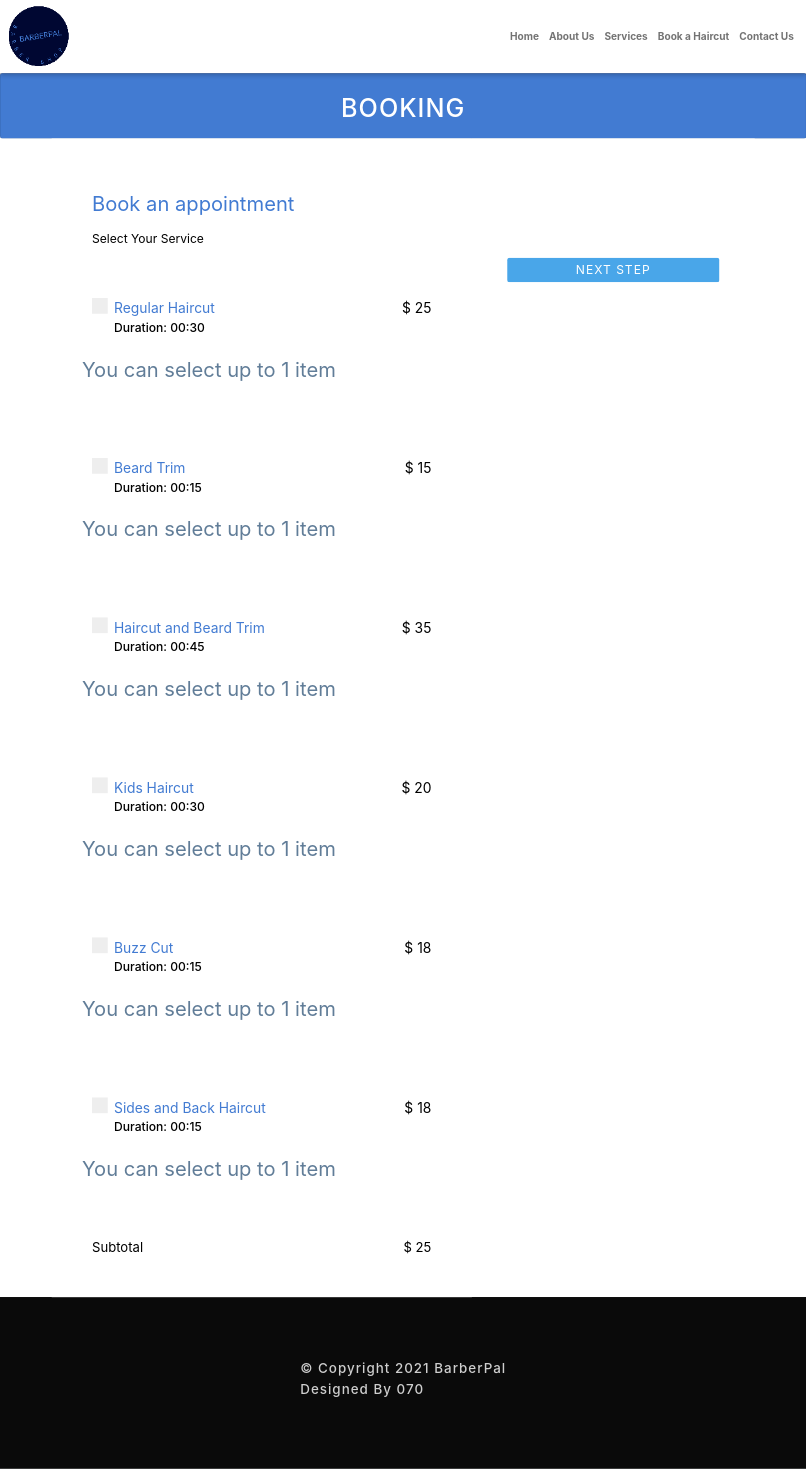
Repository: ofovweewere/haircutPal
Page: /services
The author's editor kept a copy of each file at every save. The page is drawn from the files as they stood at one save, then again after the next save.
The browser window is 1280 px wide. The pictures show the whole page, at 63% of full size.
The project was rebuilt for these pictures with package versions that can differ from the ones it lists, and the page was loaded fresh each time. Also part of the build but not shown: src/tutorial/0-Practice/bookCut.js, src/tutorial/0-Practice/about.js, src/tutorial/0-Practice/servicesAndProducts.js, src/tutorial/0-Practice/contact.js, src/tutorial/0-Practice/landing.js, src/tutorial/0-Practice/checkboxOptionTwo.js, src/tutorial/0-Practice/error.js.

Above is the page before, as saved 2022-06-25 13:54:29.

### public/index.html
<!DOCTYPE html>
<html lang="en">
  <head>
    <meta charset="utf-8" />
    <link rel="icon" href="%PUBLIC_URL%/favicon.ico" />
    <meta name="viewport" content="width=device-width, initial-scale=1" />
    <meta name="theme-color" content="#000000" />
    <meta
      name="description"
      content="Web site created using create-react-app"
    />
    <link rel="apple-touch-icon" href="%PUBLIC_URL%/logo192.png" />
    <!--
      manifest.json provides metadata used when your web app is installed on a
      user's mobile device or desktop. See https://developers.google.com/web/fundamentals/web-app-manifest/
    -->
    <link rel="manifest" href="%PUBLIC_URL%/manifest.json" />
    <!--
      Notice the use of %PUBLIC_URL% in the tags above.
      It will be replaced with the URL of the `public` folder during the build.
      Only files inside the `public` folder can be referenced from the HTML.

      Unlike "/favicon.ico" or "favicon.ico", "%PUBLIC_URL%/favicon.ico" will
      work correctly both with client-side routing and a non-root public URL.
      Learn how to configure a non-root public URL by running `npm run build`.
    -->
    <title>React App</title>
  </head>
  <body class="Site">
    <noscript>You need to enable JavaScript to run this app.</noscript>
    <div id="root"></div>
    <!--
      This HTML file is a template.
      If you open it directly in the browser, you will see an empty page.

      You can add webfonts, meta tags, or analytics to this file.
      The build step will place the bundled scripts into the <body> tag.

      To begin the development, run `npm start` or `yarn start`.
      To create a production bundle, use `npm run build` or `yarn build`.
    -->
  </body>
</html>

### src/index.js
import React from 'react';
import ReactDOM from 'react-dom';

import App from './App';
// import '../node_modules/jquery/dist/jquery.min.js';
import '../node_modules/bootstrap/dist/css/bootstrap.min.css';
import '../node_modules/bootstrap/dist/js/bootstrap.min.js';
import '../node_modules/font-awesome/css/font-awesome.min.css';

import './index.css';
ReactDOM.render(
  <React.StrictMode>
    <App />
  </React.StrictMode>,
  document.getElementById('root')
);

### src/App.js
import React from 'react';
import Setup from './tutorial/0-Practice/index.js';
// import Setup from './tutorial/2-useEffect/final/3-useEffect-fetch-data.js';
function App() {
  return (
    <div >
      <Setup />
    </div>
  );
  }

export default App;

### src/index.css
/*
===============
Variables
===============
*/

:root {
  /* dark shades of primary color*/
  --clr-primary-1: hsl(205, 86%, 17%);
  --clr-primary-2: hsl(205, 77%, 27%);
  --clr-primary-3: hsl(205, 72%, 37%);
  --clr-primary-4: hsl(205, 63%, 48%);
  /* primary/main color */
  --clr-primary-5: hsl(205, 78%, 60%);
  /* lighter shades of primary color */
  --clr-primary-6: hsl(205, 89%, 70%);
  --clr-primary-7: hsl(205, 90%, 76%);
  --clr-primary-8: hsl(205, 86%, 81%);
  --clr-primary-9: hsl(205, 90%, 88%);
  --clr-primary-10: hsl(205, 100%, 96%);
  /* darkest grey - used for headings */
  --clr-grey-1: hsl(209, 61%, 16%);
  --clr-grey-2: hsl(211, 39%, 23%);
  --clr-grey-3: hsl(209, 34%, 30%);
  --clr-grey-4: hsl(209, 28%, 39%);
  /* grey used for paragraphs */
  --clr-grey-5: hsl(210, 22%, 49%);
  --clr-grey-6: hsl(209, 23%, 60%);
  --clr-grey-7: hsl(211, 27%, 70%);
  --clr-grey-8: hsl(210, 31%, 80%);
  --clr-grey-9: hsl(212, 33%, 89%);
  --clr-grey-10: hsl(210, 36%, 96%);
  --clr-white: #fff;
  --clr-red-dark: hsl(360, 67%, 44%);
  --clr-red-light: hsl(360, 71%, 66%);
  --clr-green-dark: hsl(125, 67%, 44%);
  --clr-green-light: hsl(125, 71%, 66%);
  --clr-black: #222;
  --transition: all 0.3s linear;
  --spacing: 0.1rem;
  --radius: 0.25rem;
  --light-shadow: 0 5px 15px rgba(0, 0, 0, 0.1);
  --dark-shadow: 0 5px 15px rgba(0, 0, 0, 0.4);
  --max-width: 1170px;
  --fixed-width: 450px;
  --clr-orange-1: hsl(12, 83%, 98%);
  --clr-orange-2: hsl(14, 91%, 95%);
  --clr-orange-3: hsl(12, 89%, 89%);
  --clr-orange-4: hsl(13, 87%, 82%);
  --clr-orange-5: hsl(13, 88%, 68%);
  --clr-orange-6: hsl(13, 88%, 55%);
  --clr-orange-7: hsl(13, 74%, 49%);
  --clr-orange-8: hsl(13, 74%, 33%);
  --clr-orange-9: hsl(13, 73%, 25%);
  --clr-orange-10: hsl(13, 73%, 16%);
}
/*
===============
Global Styles
===============
*/

*,
::after,
::before {
  margin: 0;
  padding: 0;
  box-sizing: border-box;
}
body {
  font-family: -apple-system, BlinkMacSystemFont, 'Segoe UI', Roboto, Oxygen,
    Ubuntu, Cantarell, 'Open Sans', 'Helvetica Neue', sans-serif;
  background: var(--clr-grey-10);
  color: var(--clr-grey-1);
  line-height: 1.5;
  font-size: 0.875rem;
}
.Site {
  display: flex;
  min-height: 100vh;
  flex-direction: column;
}
.Site-content {
  flex: 1;
}
.bold
{
  font-weight:bold;
}

.nav-link {
color:#427bd2 ;
font-weight: bold;
}
.breakSection
{
  color:#427bd2 ;
font-weight: normal;
width: 100%;
min-height:6.5rem;
background:#0a0a0a;
}


ul {
  list-style-type: none;
}
a {
  text-decoration: none;
}
h1,
h2,
h3,
h4,
.under,
.titleDescription {
  letter-spacing: var(--spacing);
  text-transform: capitalize;
  line-height: 1.25;
  margin-bottom: 0.75rem;
}
h1 {
  font-size: 3rem;
}
h2,.titleDescription {
  font-size: 2rem;
}

.under
{
  margin-top:2rem;
}
.under, .title, .contact {
  font-size: 1.5rem;
}

 .smallText {
    font-size: 1rem;
  }

  .smallTextTwo {
    font-size: 1.1rem;
  }

h3 {
  font-size: 1.25rem;
},
.h3 {
    font-size: 1.0rem;
  },
h4 {
  font-size: 0.875rem;
}
p {
  margin-bottom: 1.25rem;
  color: var(--clr-grey-5);
}



  /* @media screen and (max-width: 767px) {
    #navbarSupportedContent
        {
            position: fixed !important;
            right: 5rem;
            left: 5rem;
            top:7.3rem;
            background-color: #fff !important;
            border-color: #427bd2 transparent transparent transparent;
            border-style:solid;
        }



  }       */

/* The containers */
.containers {
  display: block;
  position: relative;
  padding-left: 2.188rem;
  margin-bottom: 0.75rem;
  cursor: pointer;
  font-size: 1.375rem;
  -webkit-user-select: none;
  -moz-user-select: none;
  -ms-user-select: none;
  user-select: none;
}

/* Hide the browser's default checkbox */
.containers input {
  position: absolute;
  opacity: 0;
  cursor: pointer;
  height: 0;
  width: 0;
}

/* Create a custom checkbox */
.checkmark {
  position: absolute;
  top: 0;
  left: 0;
  height: 1.563rem;
  width: 1.563rem;
  background-color: #eee;
}

/* On mouse-over, add a grey background color */
.containers:hover input ~ .checkmark {
   /* background-color: #ccc; */
}

/* When the checkbox is checked, add a blue background */
.containers input:checked ~ .checkmark {
   background-color: #2196F3;
}

/* Create the checkmark/indicator (hidden when not checked) */
.checkmark:after {
  content: "";
  position: absolute;
  display: none;
  box-sizing: content-box !important;
}

/* Show the checkmark when checked */
.containers input:checked ~ .checkmark:after {
  display: block;
  box-sizing: content-box !important;
}

/* Style the checkmark/indicator */
.containers .checkmark:after {
  left: 0.563rem;
  top:0.313rem;
  width:0.313rem;
  height: 0.625rem;
  border: solid white;
  border-width: 0 0.188rem 0.188rem 0;
  -webkit-transform: rotate(45deg);
  -ms-transform: rotate(45deg);
  transform: rotate(45deg);
  box-sizing: content-box !important;
}

.hovering div:hover
{
  background:#f3f8fc;
}


/**************************/

/* The containersTwo */
.containersTwo {
  display: block;
  position: relative;
  padding-left: 2.188rem;
  margin-bottom: 0.75rem;
  cursor: pointer;
  font-size: 1.375rem;
  -webkit-user-select: none;
  -moz-user-select: none;
  -ms-user-select: none;
  user-select: none;
}

/* Hide the browser's default checkbox */
.containersTwo input {
  position: absolute;
  opacity: 0;
  cursor: pointer;
  height: 0;
  width: 0;
}

/* Create a custom checkbox */
.checkmarks {
  position: absolute;
  top: 0;
  right: 0;
  height: 1.563rem;
  width: 1.563rem;
  background-color: #eee;
}

/* On mouse-over, add a grey background color */
.containersTwo:hover input ~ .checkmarks {
   /* background-color: #ccc; */
}

/* When the checkbox is checked, add a blue background */
.containersTwo input:checked ~ .checkmarks {
   background-color: #2196F3;
}

/* Create the checkmarks/indicator (hidden when not checked) */
.checkmarks:after {
  content: "";
  position: absolute;
  display: none;
  box-sizing: content-box !important;
}

/* Show the checkmarks when checked */
.containersTwo input:checked ~ .checkmarks:after {
  display: block;
  box-sizing: content-box !important;
}

/* Style the checkmarks/indicator */
.containersTwo .checkmarks:after {
  left: 0.563rem;
  top:0.313rem;
  width:0.313rem;
  height: 0.625rem;
  border: solid white;
  border-width: 0 0.188rem 0.188rem 0;
  -webkit-transform: rotate(45deg);
  -ms-transform: rotate(45deg);
  transform: rotate(45deg);
  box-sizing: content-box !important;
}/* The containersTwo */
.containersTwo {
  display: block;
  position: relative;
  padding-left: 2.188rem;
  margin-bottom: 0.75rem;
  cursor: pointer;
  font-size: 1.375rem;
  -webkit-user-select: none;
  -moz-user-select: none;
  -ms-user-select: none;
  user-select: none;
}

/* Hide the browser's default checkbox */
.containersTwo input {
  position: absolute;
  opacity: 0;
  cursor: pointer;
  height: 0;
  width: 0;
}

/* Create a custom checkbox */
.checkmarks {
  position: absolute;
  top: 0;
  right: 0;
  height: 1.563rem;
  width: 1.563rem;
  background-color: #eee;
}

/* On mouse-over, add a grey background color */
.containersTwo:hover input ~ .checkmarks {
   /* background-color: #ccc; */
}

/* When the checkbox is checked, add a blue background */
.containersTwo input:checked ~ .checkmarks {
   background-color: #2196F3;
}

/* Create the checkmarks/indicator (hidden when not checked) */
.checkmarks:after {
  content: "";
  position: absolute;
  display: none;
  box-sizing: content-box !important;
}

/* Show the checkmarks when checked */
.containersTwo input:checked ~ .checkmarks:after {
  display: block;
  box-sizing: content-box !important;
}

/* Style the checkmarks/indicator */
.containersTwo .checkmarks:after {
  left: 0.563rem;
  top:0.313rem;
  width:0.313rem;
  height: 0.625rem;
  border: solid white;
  border-width: 0 0.188rem 0.188rem 0;
  -webkit-transform: rotate(45deg);
  -ms-transform: rotate(45deg);
  transform: rotate(45deg);
  box-sizing: content-box !important;
}
@media screen and (min-width: 800px) {
  .about{
    display:flex;
  }
  .haircuts, .haircutsCombo
{
  display:grid;
}
  h1 {
    font-size: 4rem;
  }
  h2,.titleDescription {
    font-size: 2.5rem;
  }

   .under,.title, .contact {
    font-size: 2rem;
  }

   .smallText {
    font-size: 1.2rem;
  }

   .smallTextTwo {
    font-size: 1.3rem;
  }

  h3 {
    font-size: 1.33rem;
  },
  .h3 {
    font-size: 1.0rem;
  },
  h4 {
    font-size: 1rem;
  }
  body {
    font-size: 1rem;
  }
  h1,
  h2,
  h3,
  h4,
  .under,.title, .titleDescription{
    line-height: 1;
  }
}
/*  global classes */

/* section */
.section,
/* .container {
  width: 90vw;
  margin: 0 auto;
  max-width: var(--max-width);
} */

@media screen and (min-width: 992px) {
  .about{
    display:flex;
  }
  .haircuts,.haircutsCombo
{
  display:grid;
}
  .section {
    width: 95vw;
  }
}

/* .container {
  text-align: center;
  margin-top: 0;
} */
.btn {
  display: inline-block;
  background: var(--clr-primary-5);
  color: var(--clr-white);
  padding: 0.25rem 0.75rem;
  border-radius: var(--radius);
  border-color: transparent;
  text-transform: capitalize;
  font-size: 1rem;
  letter-spacing: var(--spacing);
  margin-top: 2rem;
  margin-left: 0.5rem;
  margin-right: 0.5rem;
  cursor: pointer;
  transition: var(--transition);
}
.btn:hover {
  background: var(--clr-primary-1);
  color: var(--clr-primary-5);
}
.item {
  background: var(--clr-white);
  display: flex;
  justify-content: space-between;
  max-width: var(--fixed-width);
  margin: 2rem auto;
  align-items: center;
  border-radius: var(--radius);
}
.item button,
.item a {
  background: transparent;
  border-color: transparent;
  color: var(--clr-primary-5);
  letter-spacing: var(--spacing);
  cursor: pointer;
}
.item {
  padding: 1rem 2rem;
}
.item h4 {
  margin-bottom: 0;
}
.item p {
  margin-bottom: 0;
}
.modal {
  position: absolute;
  top: 2rem;
  left: 50%;
  transform: translateX(-50%);
  background: var(--clr-white);
  display: inline-block;
  padding: 0.25rem 1rem;
  border-radius: var(--radius);
  text-transform: capitalize;
}

.modal p {
  margin-bottom: 0;
  color: var(--clr-red-dark);
}
.form {
  background: var(--clr-white);
  max-width: var(--fixed-width);
  margin: 0 auto;
  margin-bottom: 4rem;
  padding: 1rem 2rem;
  border-radius: var(--radius);
}
.form input {
  background: var(--clr-grey-10);
  border-color: transparent;
  border-radius: var(--radius);
  padding: 0.25rem 0.5rem;
}
.form-control {
  margin: 0.5rem 0;
  display: grid;
  grid-template-columns: 100px 1fr;
  align-items: center;
}
.form button {
  display: inline-block;
  background: var(--clr-black);
  color: var(--clr-white);
  border-color: transparent;
  margin-top: 1rem;
  letter-spacing: var(--spacing);
  padding: 0.15rem 0.25rem;
  text-transform: capitalize;
  border-radius: var(--radius);
  cursor: pointer;
}
.nav-links {
  max-width: var(--fixed-width);
  margin: 0 auto;
  margin-bottom: 4rem;
  display: grid;
  grid-template-columns: repeat(3, 1fr);
}




.haircutsCombo {



  grid-template-columns: repeat(2, minmax(0, 1fr));
   gap: 2rem;
  margin: 1rem 1rem 1rem 2rem;
}

.haircutsCombo > p {
  border: 5px solid #427bd2;
  overflow-wrap: break-word;
}

.haircuts {



  grid-template-columns: repeat(3, minmax(0, 1fr));
   gap: 2rem;
  margin: 1rem 1rem 1rem 2rem;
}

.haircuts > p {
  border: 5px solid #427bd2;
  overflow-wrap: break-word;
}

.title
{
  font-weight: normal;
  color: #fff;
  background:#427bd2;
  padding: 1rem;
  text-align: center;
}

.contact > div
{
  font-weight: normal;


  padding: 2rem;

}


td
{
  vertical-align:top;

}
.table
{
  color: white;
}
table {
  border-collapse: separate;
  border-spacing: 1rem 1rem ;
}
.titleDescription
{
  display: flex;
  align-items: center;
  justify-content: center;
  color:#333;
  padding:2rem;
font-weight: bold;


}

.nav-links a {
  color: var(--clr-grey-5);
}
.users {
  display: grid;
  grid-template-columns: repeat(auto-fit, minmax(300px, 1fr));
  gap: 2rem;
  margin: 3rem auto;
}
.users li {
  width: 100%;
  display: flex;
  align-items: center;
  background: var(--clr-white);
  padding: 1rem 2rem;
  border-radius: var(--radius);
  text-align: left;
}
.users img {
  width: 50px;
  height: 50px;
  border-radius: 50%;
  margin-right: 1rem;
}
.users h4 {
  margin-bottom: 0.15rem;
}
.users a {
  color: var(--clr-grey-5);
  text-transform: capitalize;
}

.products {
  margin: 4rem 0;
  display: grid;
  gap: 2rem;
}
@media screen and (min-width: 576px) {
  .products {
    grid-template-columns: repeat(auto-fit, minmax(300px, 1fr));
  }
}
.product {
  background: var(--clr-white);
  border-radius: var(--radius);
}
.product img {
  border-top-left-radius: var(--radius);
  border-top-right-radius: var(--radius);

  width: 100%;
  height: 15rem;
  object-fit: cover;
}
.product h4 {
  margin-top: 1rem;
}

.product button {
  margin-bottom: 1rem;
  background: var(--clr-primary-5);
  border-radius: var(--radius);
  border-color: transparent;
  color: var(--clr-white);
  padding: 0.25rem 0.5rem;
  text-transform: capitalize;
  cursor: pointer;
}

### src/tutorial/0-Practice/footer.js
import React, { useState, useEffect } from 'react';
import companyLogo from '../../assets/logo.png';

const Footer = () => {

  return (
    <>
      <nav  style={{ backgroundColor: '#0a0a0a', display: 'flex',minHeight: '17rem',justifyContent: 'center', alignItems:'end' }}>
        <div class="container-fluid" style={{ color: '#cecece', alignSelf:'center', width:'auto'  }}>
          <h3 >&copy; Copyright 2021 BarberPal </h3>

          <div>
            <h3  > Designed by 070</h3>
          </div>
        </div>
      </nav>
    </>
  );
};

export default Footer;

### src/tutorial/0-Practice/breakSection.js
import React, { useState, useEffect } from 'react';

const BreakSection = ({ title, ID, background, color }) => {
  const [elementClass, setClass] = useState(
    window.innerWidth < 992
      ? '0px'
      : '100px'
  );
  const checkSize = () => {
    if (window.innerWidth < 992) {
      setClass('0px');
    } else {
      setClass('100px');
    }
  };
  useEffect(() => {

    window.addEventListener('resize', checkSize);
    return () => {
      window.removeEventListener('resize', checkSize);
    };
  }, []);
  return (
    <>
      <div className="card breakSection" id={ID} style={{ scrollMarginTop: elementClass, background:background, color:color }}>
        <div
          class="card-body"
          style={{ display: 'flex', alignItems: 'end', justifyContent: 'center' }}
        >
          <h2>{title}</h2>
        </div>
      </div>
    </>
  );
};

export default BreakSection;

### src/tutorial/0-Practice/heading.js
import React from 'react';

const Heading = ({title, description, color, colorTwo}) => {


  return (
    <>
      <div
          className="card"
          style={{
            color: 'var(--clr-white)',
            width: '100%',
            minHeight: '10rem',
            background: 'var(--clr-primary-5)',
            border: 'transparent'
          }}
        >
          <div
            class="card-body contact "
            style={{
              display: 'flex',
              alignItems: 'left',
              justifyContent: 'left',
              flexGrow: '1',
              flexDirection: 'column',
              background:'#fff',
              paddingBottom:'0'
            }}
          >
            <div className="whiteParagraph" style={{paddingBottom:'0'}}>
              <table className="whiteParagraphTab">
                <thead>
                  <tr>
                    <th></th>

                  </tr>
                </thead>
                <tbody>
                  <tr style={{color:color,fontWeight:'normal'}}>

                    <td>{title}</td>
                  </tr>

                  <tr class='smallText'style={{color:colorTwo, fontWeight:'normal'}}>

                    <td>
                     {description}
                    </td>
                  </tr>



                </tbody>
              </table>
            </div>
          </div>
        </div>
    </>
  );
};

export default Heading;

### src/tutorial/0-Practice/footing.js
import React from 'react';

const Footing = ({title, description}) => {


  return (
    <>
      <div
        className="card"
        style={{
          color: 'var(--clr-white)',
          width: '100%',

          background: 'var(--clr-primary-5)',
          border: 'transparent',
        }}
      >
        <div
          class="card-body contact "
          style={{
            display: 'flex',
            alignItems: 'left',
            justifyContent: 'left',
            flexGrow: '1',
            flexDirection: 'column',
            background: '#fff',
            paddingTop: '0',
          }}
        >
          <div className="whiteParagraph" style={{ paddingTop: '0', marginBottom:'0' }}>
            <table className="whiteParagraphTab" style={{ width: '100%' }}>
              <thead>
                <tr>
                  <th></th>
                </tr>
              </thead>
              <tbody>
                <tr class="smallTextTwo" style={{ color: 'black', fontWeight: 'normal' }}>
                  <td>
                    <span style={{ display: 'flex' }}>
                      <span style={{ flexGrow: '1' }}>{title}</span>
                      <span style={{ color: 'black' }}>$ {description}</span>
                    </span>
                  </td>
                </tr>
              </tbody>
            </table>
          </div>
        </div>
      </div>
    </>
  );
};

export default Footing;

### src/tutorial/0-Practice/blueButton.js
import React from 'react';

const BlueButton = ({title, textSize, description}) => {


  return (
    <>
      <div
        className="card"
        style={{
          color: 'var(--clr-white)',
          width: '100%',
          minHeight: '10rem',
          background: 'var(--clr-primary-5)',
          border: 'transparent',
        }}
      >
        <div
          class="card-body contact "
          style={{
            display: 'flex',
            alignItems: 'left',
            justifyContent: 'left',
            flexGrow: '1',
            flexDirection: 'column',
            background: '#fff',
            paddingTop: '0',
          }}
        >
          <div className="whiteParagraph" style={{ paddingTop: '0' }}>
            <table className="whiteParagraphTab" style={{ width: '100%', borderCollapse:'collapse'  }}>
              <thead>
                <tr>
                  <th></th>
                </tr>
              </thead>
              <tbody>
                <tr class="smallTextTwo" style={{ color: 'black', fontWeight: 'normal' }}>
                  <td style={{display:'flex'}}>
                     <button className="btn" style={{ fontSize: textSize, flexGrow: '1', marginTop:'0' }}>
                       {title}
                    </button>
                  </td>
                </tr>
              </tbody>
            </table>
          </div>
        </div>
      </div>
    </>
  );
};

export default BlueButton;

Loaded but not shown: src/tutorial/0-Practice/booking.js (111 lines, source omitted); src/tutorial/0-Practice/header.js (115 lines, source omitted); src/tutorial/0-Practice/dummyHeader.js (113 lines, source omitted); src/tutorial/0-Practice/checkboxOption.js (98 lines, source omitted); src/tutorial/0-Practice/index.js (66 lines, source omitted)

After the next save:
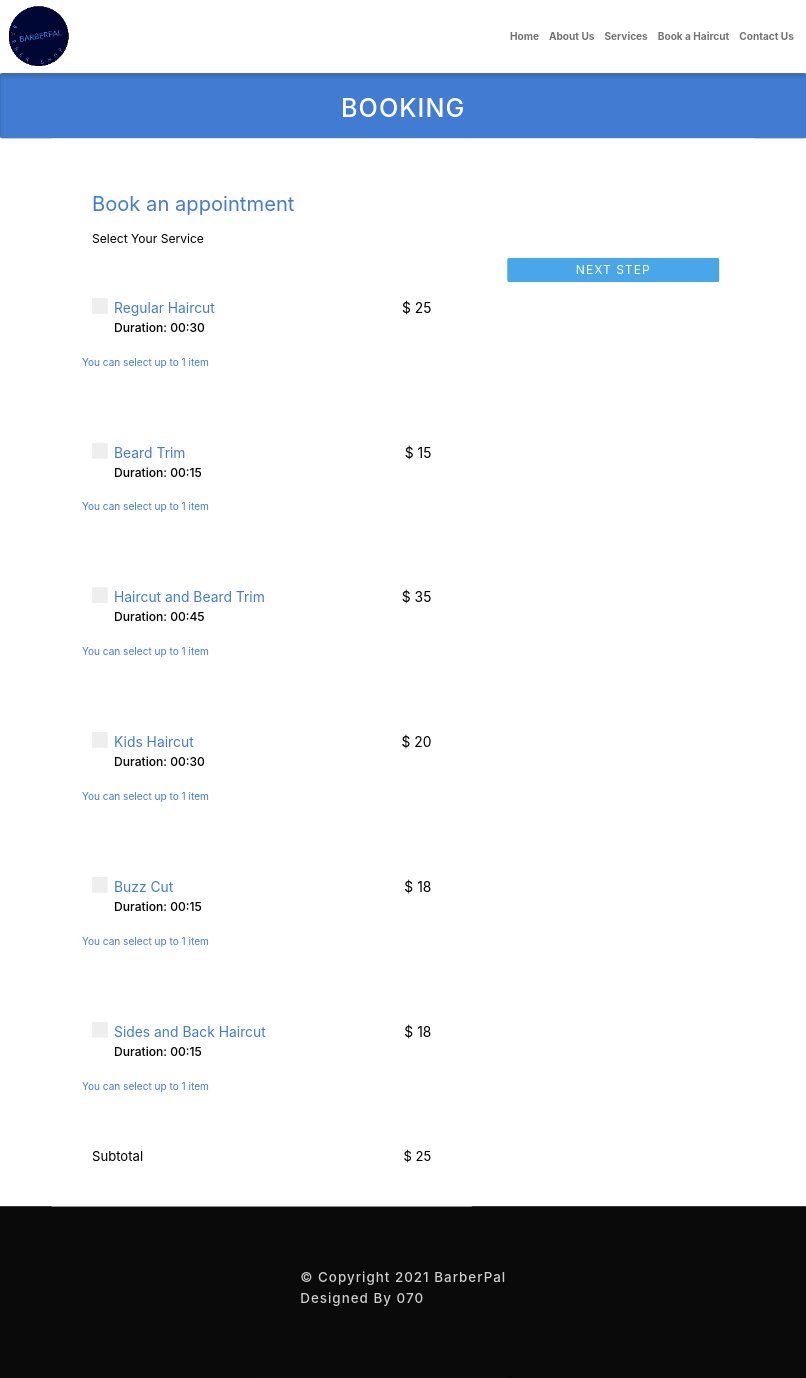
Saved 2 min 7 s later.
--- a/src/index.css
+++ b/src/index.css
@@ -250,6 +250,12 @@ p {
   background:#f3f8fc;
 }
 
+.secondItem
+{
+  color:#427bd2;
+  font-size:1rem;
+  font-weight:normal;
+}
 
 /**************************/
 
